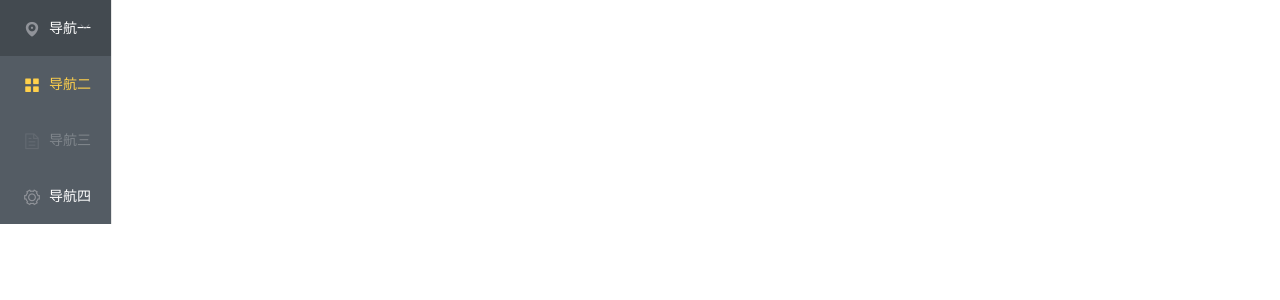
Repository: wujingwenwu/-vue-2.0
Page: /
The author's editor kept a copy of each file at every save. The page is drawn from the files as they stood at one save, then again after the next save.
The browser window is 1280 px wide. The pictures show the whole page.
The project was rebuilt for these pictures with package versions that can differ from the ones it lists, and the page was loaded fresh each time. Also part of the build but not shown: src/views/Home.vue.

Above is the page before, as saved 2020-09-29 10:14:54.

After the next save:
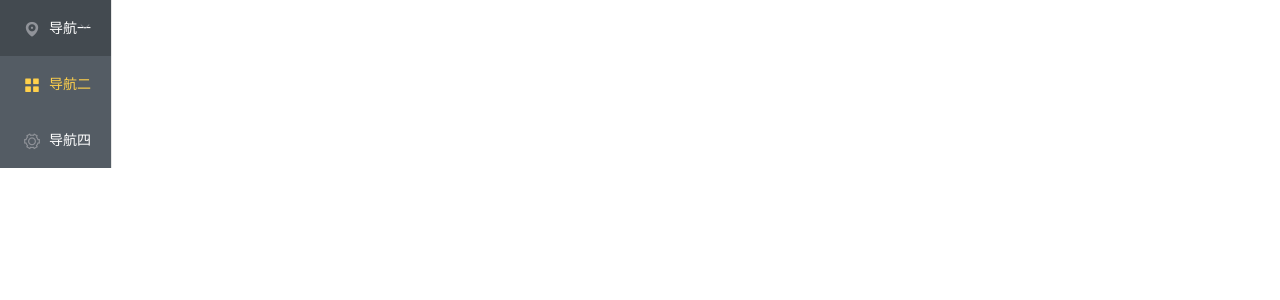
Saved 22 s later.
--- a/src/views/layout/layout.vue
+++ b/src/views/layout/layout.vue
@@ -30,10 +30,6 @@
       <el-menu-item index="2">
         <i class="el-icon-menu"></i>
         <span slot="title">导航二</span>
-      </el-menu-item>
-      <el-menu-item index="3" disabled>
-        <i class="el-icon-document"></i>
-        <span slot="title">导航三</span>
       </el-menu-item>
       <el-menu-item index="4">
         <i class="el-icon-setting"></i>
